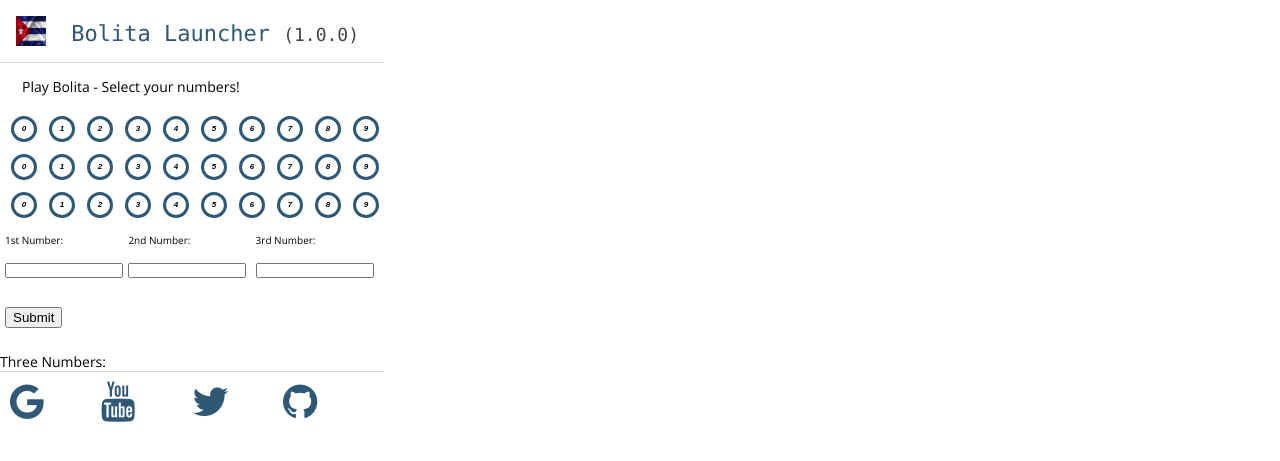
Repository: markymark617/BolitaChromeExtension
Page: popup.html
An editor plug-in stored every save of this project. The page is shown before and after the next save, followed by the edit.
The browser window is 1280 px wide. The pictures show the whole page.

Above is the page before, as saved 2020-09-06 15:28:03.

### popup.html
<!DOCTYPE html>
<html lang="en">
<head>
    <meta charset="UTF-8">
    <meta name="viewport" content="width=device-width, initial-scale=1.0">
    <meta http-equiv="X-UA-Compatible" content="ie=chrome">
    <title>Bolita Launcher</title>
    <link rel="stylesheet" href="https://fonts.googleapis.com/css?family=Open+Sans" type="text/css">
    <link rel="stylesheet" href="popup.css">
    <link href="https://maxcdn.bootstrapcdn.com/font-awesome/4.7.0/css/font-awesome.min.css" rel="stylesheet" integrity="sha384-wvfXpqpZZVQGK6TAh5PVlGOfQNHSoD2xbE+QkPxCAFlNEevoEH3Sl0sibVcOQVnN" crossorigin="anonymous"/>

</head>

<body>
    <div class="modal-header">
        <h1 class="logo">
            <img src="images/bolita_logo.png" alt="Bolita_Launcher_logo" class="logo-icon"> Bolita Launcher <span class="version">(1.0.0)</span>
        </h1>
    </div>
    <div class="modal-content">
        <p>Play Bolita - Select your numbers!</p>
    </div>


    <div class="ball-icons">

        <div class="flex-container paddedDiv firstBet" id="firstRow">

            <button id="first-zero" value='0' class="btnFirstBet">
                <div class="flex circle">
                    <div class="fa-stack fa-2x">
                        <i class="fa fa-stack-2x fa-inverse"></i>
                        <i class="fa-stack-1x fa-stack-text">0</i>
                    </div>
                </div>
            </button>

            <button id="first-one" value='1' class="btnFirstBet">
                <div class="flex circle">
                    <div class="fa-stack fa-2x">
                        <i class="fa fa-stack-2x fa-inverse"></i>
                        <i class="fa-stack-1x fa-stack-text">1</i>
                    </div>
                </div>
            </button>


            <button id="first-two" value='2' class="btnFirstBet">
                <div class="flex circle">
                    <div class="fa-stack fa-2x">
                        <i class="fa fa-stack-2x fa-inverse"></i>
                        <i class="fa-stack-1x fa-stack-text">2</i>
                    </div>
                </div>
            </button>


            <button id="first-three" value='3' class="btnFirstBet">
                <div class="flex circle">
                    <div class="fa-stack fa-2x">
                        <i class="fa fa-stack-2x fa-inverse"></i>
                        <i class="fa-stack-1x fa-stack-text">3</i>
                    </div>
                </div>
            </button>


            <button id="first-four" value='4' class="btnFirstBet">
                <div class="flex circle">
                    <div class="fa-stack fa-2x">
                        <i class="fa fa-stack-2x fa-inverse"></i>
                        <i class="fa-stack-1x fa-stack-text">4</i>
                    </div>
                </div>
            </button>


            <button id="first-five" value='5' class="btnFirstBet">
                <div class="flex circle">
                    <div class="fa-stack fa-2x">
                        <i class="fa fa-stack-2x fa-inverse"></i>
                        <i class="fa-stack-1x fa-stack-text">5</i>
                    </div>
                </div>
            </button>


            <button id="first-six" value='6' class="btnFirstBet">
                <div class="flex circle">
                    <div class="fa-stack fa-2x">
                        <i class="fa fa-stack-2x fa-inverse"></i>
                        <i class="fa-stack-1x fa-stack-text">6</i>
                    </div>
                </div>
            </button>


            <button id="first-seven" value='7' class="btnFirstBet">
                <div class="flex circle">
                    <div class="fa-stack fa-2x">
                        <i class="fa fa-stack-2x fa-inverse"></i>
                        <i class="fa-stack-1x fa-stack-text">7</i>
                    </div>
                </div>
            </button>


            <button id="first-eight" value='8' class="btnFirstBet">
                <div class="flex circle">
                    <div class="fa-stack fa-2x">
                        <i class="fa fa-stack-2x fa-inverse"></i>
                        <i class="fa-stack-1x fa-stack-text">8</i>
                    </div>
                </div>
            </button>


            <button id="first-nine" value='9' class="btnFirstBet">
                    <div class="flex circle">
                        <div class="fa-stack fa-2x">
                                <i class="fa fa-stack-2x fa-inverse"></i>
                                <i class="fa-stack-1x fa-stack-text">9</i>
                        </div>
                    </div>
            </button>

        </div>

<!-- second row-->

        <div class="flex-container paddedDiv secondBet" id="secondRow">

            <button id="second-zero" value='0' class="btnSecondBet">
                <div class="flex circle">
                    <div class="fa-stack fa-2x">
                        <i class="fa fa-stack-2x fa-inverse"></i>
                        <i class="fa-stack-1x fa-stack-text">0</i>
                    </div>
                </div>
            </button>

            <button id="second-one" value='1' class="btnSecondBet">
                <div class="flex circle">
                    <div class="fa-stack fa-2x">
                        <i class="fa fa-stack-2x fa-inverse"></i>
                        <i class="fa-stack-1x fa-stack-text">1</i>
                    </div>
                </div>
            </button>


            <button id="second-two" value='2' class="btnSecondBet">
                <div class="flex circle">
                    <div class="fa-stack fa-2x">
                        <i class="fa fa-stack-2x fa-inverse"></i>
                        <i class="fa-stack-1x fa-stack-text">2</i>
                    </div>
                </div>
            </button>


            <button id="second-three" value='3' class="btnSecondBet">
                <div class="flex circle">
                    <div class="fa-stack fa-2x">
                        <i class="fa fa-stack-2x fa-inverse"></i>
                        <i class="fa-stack-1x fa-stack-text">3</i>
                    </div>
                </div>
            </button>


            <button id="second-four" value='4' class="btnSecondBet">
                <div class="flex circle">
                    <div class="fa-stack fa-2x">
                        <i class="fa fa-stack-2x fa-inverse"></i>
                        <i class="fa-stack-1x fa-stack-text">4</i>
                    </div>
                </div>
            </button>


            <button id="second-five" value='5' class="btnSecondBet">
                <div class="flex circle">
                    <div class="fa-stack fa-2x">
                        <i class="fa fa-stack-2x fa-inverse"></i>
                        <i class="fa-stack-1x fa-stack-text">5</i>
                    </div>
                </div>
            </button>


            <button id="second-six" value='6' class="btnSecondBet">
                <div class="flex circle">
                    <div class="fa-stack fa-2x">
                        <i class="fa fa-stack-2x fa-inverse"></i>
                        <i class="fa-stack-1x fa-stack-text">6</i>
                    </div>
                </div>
            </button>


            <button id="second-seven" value='7' class="btnSecondBet">
                <div class="flex circle">
                    <div class="fa-stack fa-2x">
                        <i class="fa fa-stack-2x fa-inverse"></i>
                        <i class="fa-stack-1x fa-stack-text">7</i>
                    </div>
                </div>
            </button>



            <button id="second-eight" value='8' class="btnSecondBet">
                <div class="flex circle">
                    <div class="fa-stack fa-2x">
                        <i class="fa fa-stack-2x fa-inverse"></i>
                        <i class="fa-stack-1x fa-stack-text">8</i>
                    </div>
                </div>
            </button>


            <button id="second-nine" value='9' class="btnSecondBet">
                    <div class="flex circle">
                        <div class="fa-stack fa-2x">
                                <i class="fa fa-stack-2x fa-inverse"></i>
                                <i class="fa-stack-1x fa-stack-text">9</i>
                        </div>
                    </div>
            </button>

        </div>

<!--Third Row-->

        <div class="flex-container paddedDiv thirdBet" id="thirdRow">

                <button id="third-zero" value='0' class="btnThirdBet">
                    <div class="flex circle">
                        <div class="fa-stack fa-2x">
                            <i class="fa fa-stack-2x fa-inverse"></i>
                            <i class="fa-stack-1x fa-stack-text">0</i>
                        </div>
                    </div>
                </button>

                <button id="third-one" value='1' class="btnThirdBet">
                    <div class="flex circle">
                        <div class="fa-stack fa-2x">
                            <i class="fa fa-stack-2x fa-inverse"></i>
                            <i class="fa-stack-1x fa-stack-text">1</i>
                        </div>
                    </div>
                </button>


                <button id="third-two" value='2' class="btnThirdBet">
                    <div class="flex circle">
                        <div class="fa-stack fa-2x">
                            <i class="fa fa-stack-2x fa-inverse"></i>
                            <i class="fa-stack-1x fa-stack-text">2</i>
                        </div>
                    </div>
                </button>


                <button id="third-three" value='3' class="btnThirdBet">
                    <div class="flex circle">
                        <div class="fa-stack fa-2x">
                            <i class="fa fa-stack-2x fa-inverse"></i>
                            <i class="fa-stack-1x fa-stack-text">3</i>
                        </div>
                    </div>
                </button>


                <button id="third-four" value='4' class="btnThirdBet">
                    <div class="flex circle">
                        <div class="fa-stack fa-2x">
                            <i class="fa fa-stack-2x fa-inverse"></i>
                            <i class="fa-stack-1x fa-stack-text">4</i>
                        </div>
                    </div>
                </button>


                <button id="third-five" value='5' class="btnThirdBet">
                    <div class="flex circle">
                        <div class="fa-stack fa-2x">
                            <i class="fa fa-stack-2x fa-inverse"></i>
                            <i class="fa-stack-1x fa-stack-text">5</i>
                        </div>
                    </div>
                </button>


                <button id="third-six" value='6' class="btnThirdBet">
                    <div class="flex circle">
                        <div class="fa-stack fa-2x">
                            <i class="fa fa-stack-2x fa-inverse"></i>
                            <i class="fa-stack-1x fa-stack-text">6</i>
                        </div>
                    </div>
                </button>


                <button id="third-seven" value='7' class="btnThirdBet">
                    <div class="flex circle">
                        <div class="fa-stack fa-2x">
                            <i class="fa fa-stack-2x fa-inverse"></i>
                            <i class="fa-stack-1x fa-stack-text">7</i>
                        </div>
                    </div>
                </button>



                <button id="third-eight" value='8' class="btnThirdBet">
                    <div class="flex circle">
                        <div class="fa-stack fa-2x">
                            <i class="fa fa-stack-2x fa-inverse"></i>
                            <i class="fa-stack-1x fa-stack-text">8</i>
                        </div>
                    </div>
                </button>


                <button id="third-nine" value='9' class="btnThirdBet">
                        <div class="flex circle">
                            <div class="fa-stack fa-2x">
                                    <i class="fa fa-stack-2x fa-inverse"></i>
                                    <i class="fa-stack-1x fa-stack-text">9</i>
                            </div>
                        </div>
                </button>

            </div>








    </div>




    <div class="modal-output">

            <form action="results.html" method="GET">
                <div class="row">
                    <div class="column-left">
                        <label for="firstBetInput">1st Number:</label><br>
                    </div>
                    <div class="column-center">
                        <label for="secondBetInput">2nd Number:</label>
                    </div>
                    <div class="column-right">
                        <label for="thirdBetInput">3rd Number:</label>
                    </div>

                </div>

                <div class="row">
                    <div class="column-left">
                        <input type="text" id="firstBetInput" name="firstBetInput" readonly="readonly">
                    </div>
                    <div class="column-center">
                        <input type="text" id="secondBetInput" name="secondBetInput" readonly="readonly">
                    </div>
                    <div class="column-right">
                        <input type="text" id="thirdBetInput" name="thirdBetInput" readonly="readonly">
                    </div>


                </div>
                    <br>
                    <div class="row">
                        <div class="column-center">
                            <input type="submit" value="Submit" style="padding: 15x 10px;">
                            <br><br>
                        </div>
                    </div>
            </form>
        </div>

        <div id="allthree">
            Three Numbers:
        </div>

    <div class="modal-icons">
        <div class="flex-container">
            <div class="flex">
                <a href="https://www.google.com" target="_blank">
                    <i class="fa fa-google"></i>
                </a>
            </div>

            <div class="flex">
                <a href="https://www.youtube.com" target="_blank">
                    <i class="fa fa-youtube"></i>
                </a>
            </div>

            <div class="flex">
                <a href="https://www.twitter.com" target="_blank">
                    <i class="fa fa-twitter"></i>
                </a>
            </div>

            <div class="flex">
                <a href="https://www.github.com" target="_blank">
                    <i class="fa fa-github"></i>
                </a>
            </div>
        </div>
    </div>








    <script src="popup.js"></script>
</body>
</html>

### popup.css

    html,
    body {
        font-family : 'Open Sans', sans-serif;
        font-size: 14px;
        margin: 0;
        min-height: 180px;
        padding: 0;
        width: 384px;
    }

    h1 {
        font-family: 'Menlo', monospace;
        font-size: 22px;
        font-weight: 400;
        margin: 0;
        color: #2f5876;
    }

    a:link, a:visited {
        color: #000;
        outline: 0;
        text-decoration: none;
    }

    img {
        width: 30px;

    }

    .modal-header {
        align-items: center;
        border-bottom: 0.5px solid #dadada;
    }

    .modal-content {
        padding: 0 22px;
        align-items: center;
    }

    .modal-icons {
        border-top: 0.5px solid #dadada;
        height: 50px;
        width: 100%;
    }

    .logo {
        padding: 16px;
    }

    .logo-icon {
        vertical-align: text-bottom;
        margin-right: 12px;
    }

    .version {
        color: #444;
        font-size: 18px;
    }

    .flex-container {
        display: flex;
        justify-content: space-between;
        padding: 10px 10px;
    }

    .flex {
        opacity: 1;
        transition: opacity 0.2s ease-in-out;
        width: 120px
    }

    .flex:hover {
        opacity: 0.4;
    }

    .flex .fa {
        font-size: 40px;
        color: #2f5876;
    }

    .fa-stack-text {
        font-size: 8px;
        border:none;
        align-items: center;
        font-weight:bold;
    }

    .circle {
        display: flex;
        border: 3px solid #2f5876;
        border-radius: 100%;
        width: 20px;
        height: 20px;
        justify-content: center;
        align-items: center;

    }

    button {
        background: transparent;
        border:0;
        outline:none;

    }

    .paddedDiv {
        padding: 5px;
    }


      .row {
          padding:5px;
      }

      /* Clear floats after the columns */
      .row:after {
        content: "";
        display: table;
        clear: both;
      }

      input[type="text"] {
        font-size:8px;
    }

    label {
        font-size:10px;
    }

    .column-left{ float: left; width: 33%; }
.column-right{ float: right; width: 33%; }
.column-center{ display: inline-block; width: 33%; }

### popup.js

document.querySelectorAll(".btnFirstBet").forEach(item => {
    item.addEventListener('click', event => {
        //handle click

        //only 1 can be active at any given time - remove all other active
        document.querySelectorAll(".btnFirstBet").forEach(item => {

                item.classList.remove("active");
                item.style.opacity=1;

        })

        item.style.opacity= 0.4;
        item.classList.add("active");

        document.getElementById("firstBetInput").value= item.value;

    })
});


document.querySelectorAll(".btnSecondBet").forEach(item => {
    item.addEventListener('click', event => {
        //handle click

        //only 1 can be active at any given time - remove all other active
        document.querySelectorAll(".btnSecondBet").forEach(item => {

                item.classList.remove("active");
                item.style.opacity=1;

        })

        item.style.opacity= 0.4;
        item.classList.add("active");

        document.getElementById("secondBetInput").value= item.value;

    })
});


document.querySelectorAll(".btnThirdBet").forEach(item => {
    item.addEventListener('click', event => {
        //handle click

        //only 1 can be active at any given time - remove all other active
        document.querySelectorAll(".btnThirdBet").forEach(item => {

                item.classList.remove("active");
                item.style.opacity=1;

        })

        item.style.opacity= 0.4;
        item.classList.add("active");

        document.getElementById("thirdBetInput").value= item.value;

    })
});




/*


[document.querySelectorAll(".firstBet"), document.querySelector('.btnFirstBet')].forEach(item => {
    item.addEventListener('click', event => {
        //handle click
        item.style.opacity= 0.4;
        item.addClass("active");
    })
});


var elements = document.getElementsByClassName(".btnFirstBet");

[].forEach.call(elements, function(currElement) {
    currElemen
    currElement.style.opacity= 0.4;
    currElement.classList.add("active");
    console.log(currElement.tagName);
});


document.getElementsByClassName(".btnFirstBet").forEach(item => {
    item.addEventListener('click', event => {
        //handle click
        item.style.opacity= 0.4;
       // element.classList.add("active");
    })
})




function setFirstBet(value){
    document.getElementById("firstBetInput").value= value;

}

 document.getElementById("totalValue").innerHTML= "Total price: $" + 500*value;









var elements = document.querySelectorAll('.btnFirstBet');
for (var i = 0; i < elements.length; i++) {
    elements[i].classList.remove("active");
    elements[i].onclick = function (event) {
        console.log("ONCLICK");
        //remove all active class
        removeClass();
        if (event.elements[i].innerHTML === this.innerHTML) {
            console.log("IN IF");
            this.classList.add("active");
        }
    }
}

function removeClass(){
  for (var i = 0; i < elements.length; i++) {
    elements[i].classList.remove("active");
  }
}








*/

After the next save:
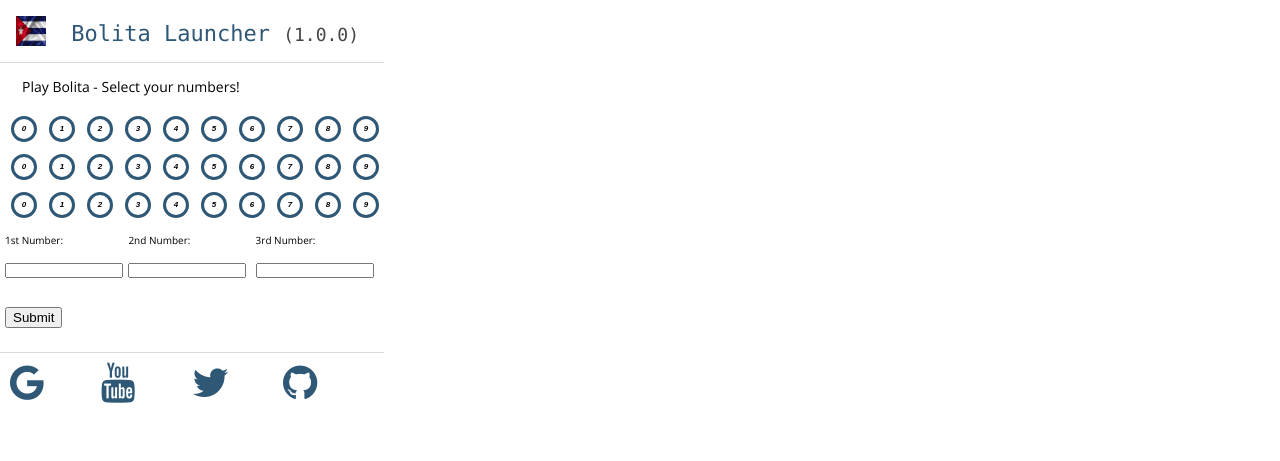
Saved 17 s later.
--- a/popup.html
+++ b/popup.html
@@ -387,9 +387,6 @@
             </form>
         </div>
 
-        <div id="allthree">
-            Three Numbers:
-        </div>
 
     <div class="modal-icons">
         <div class="flex-container">
